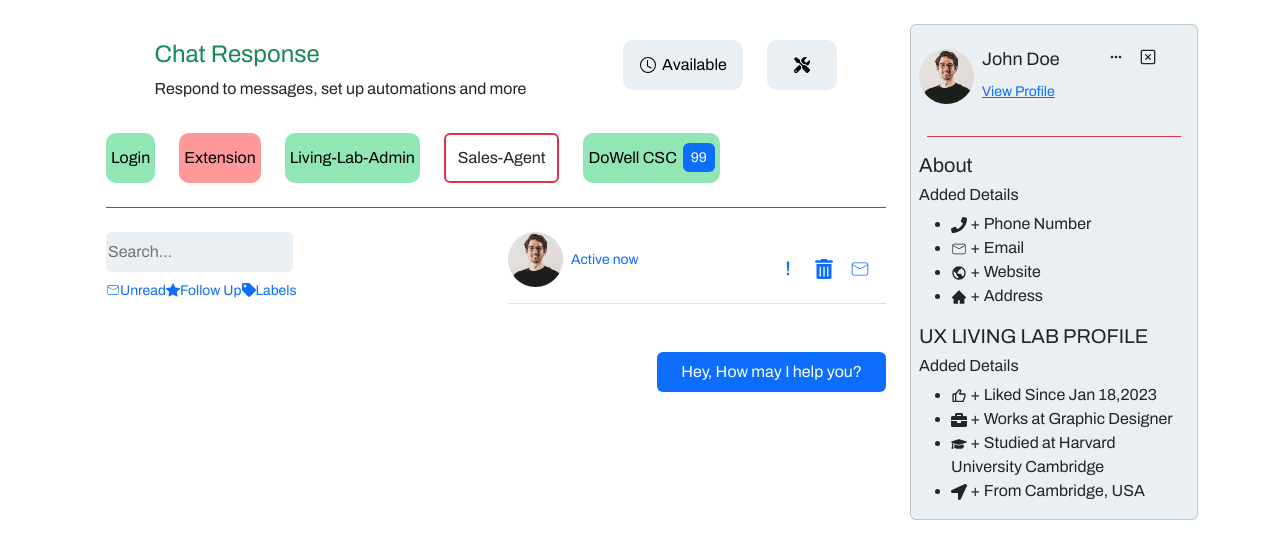
Repository: uh-sman/UX-Living-Lab-Chat
Page: /
An editor plug-in stored every save of this project. The page is shown before and after the next save, followed by the edit.
The browser window is 1280 px wide. The pictures show the whole page.
The project was rebuilt for these pictures with package versions that can differ from the ones it lists, and the page was loaded fresh each time.

Above is the page before, as saved 2023-05-10 18:09:09.

After the next save:
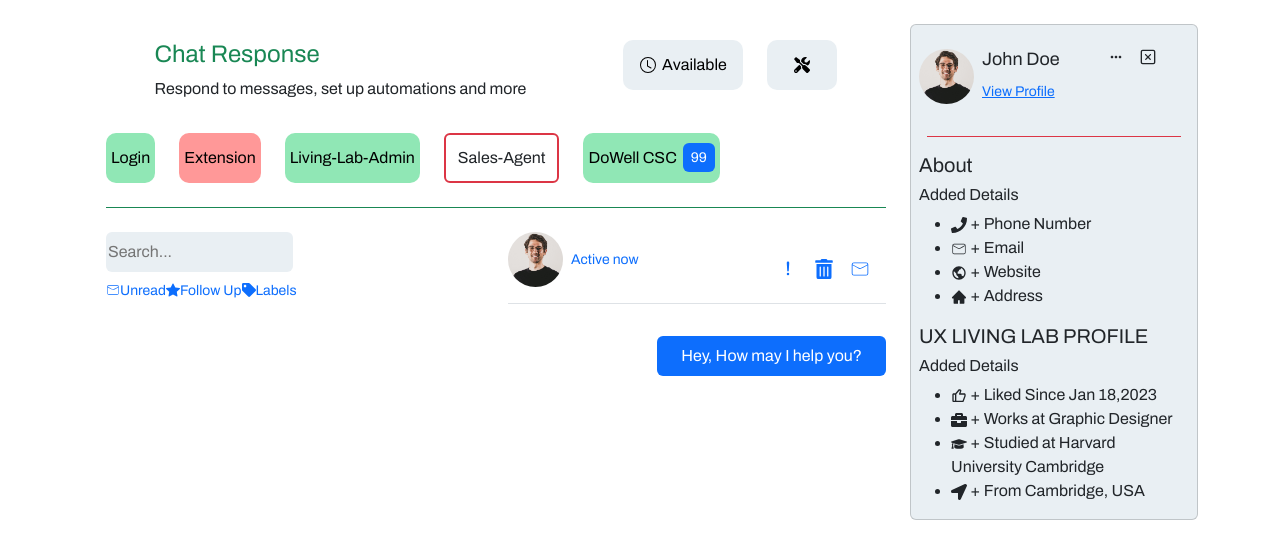
Saved 37 s later.
--- a/src/container/Chats/message/Message.jsx
+++ b/src/container/Chats/message/Message.jsx
@@ -7,8 +7,13 @@ const Message = () => {
       <div className="d-flex justify-content-end ">
         {message ? (
           <div
-            className="bg-primary text-white rounded d-flex align-items-center my-5"
-            style={{ width: "auto", height: "40px", listStyle: "none" }}
+            className="bg-primary text-white rounded d-flex align-items-center"
+            style={{
+              width: "auto",
+              height: "40px",
+              listStyle: "none",
+              marginTop: "2rem",
+            }}
           >
             <li className="mx-4 ">Hey, How may I help you? </li>
           </div>
